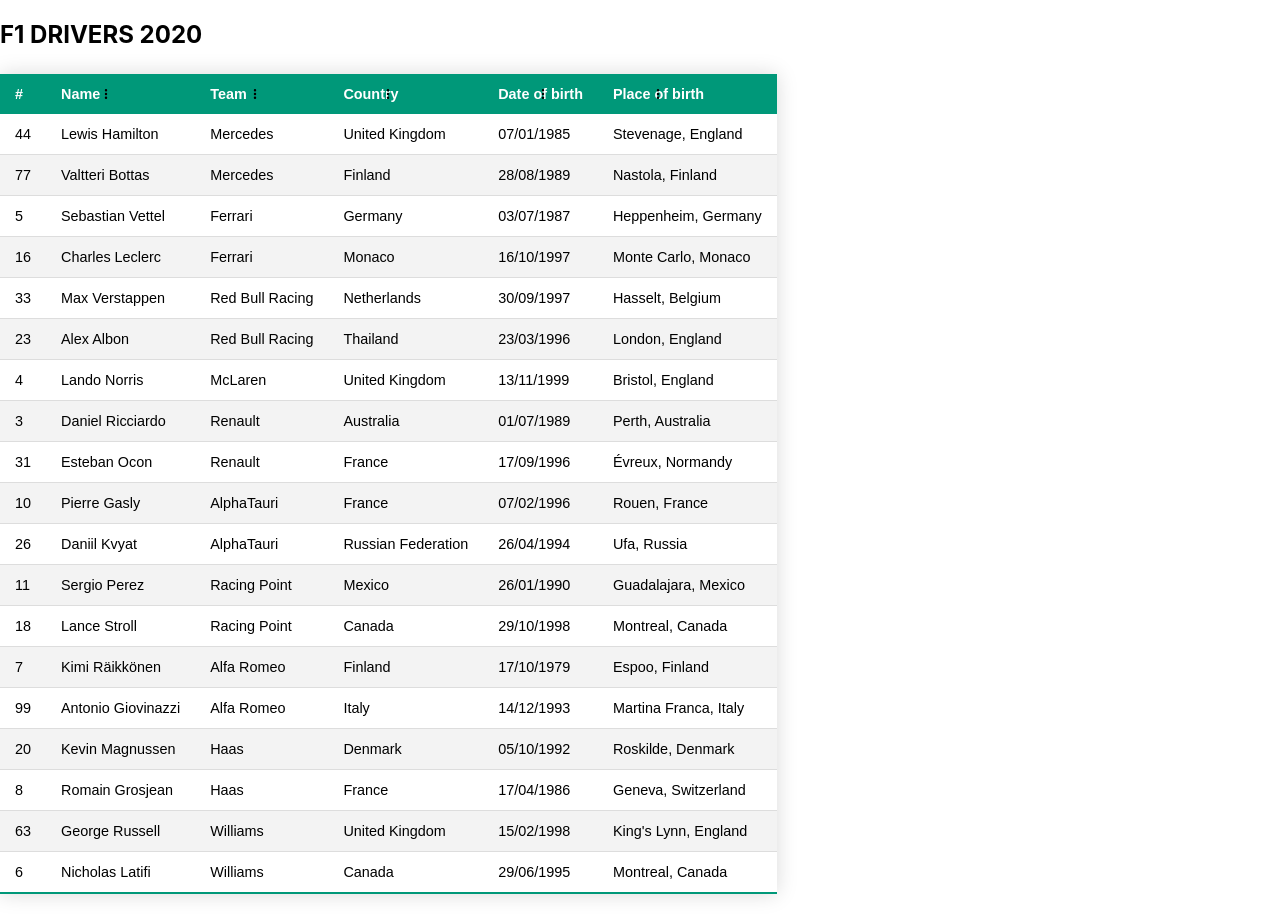
Repository: kartik077-cr7/Ckart
Page: /
The author's editor kept a copy of each file at every save. The page is drawn from the files as they stood at one save, then again after the next save.
The browser window is 1280 px wide. The pictures show the whole page.
The project was rebuilt for these pictures with package versions that can differ from the ones it lists, and the page was loaded fresh each time.

Above is the page before, as saved 2022-12-10 17:20:59.

### src/App.js
import Table from "./components/Table";
import './App.css';

const driversData = [
  {
    number: 44,
    name: 'Lewis Hamilton',
    team: 'Mercedes',
    country: 'United Kingdom',
    dob: '07/01/1985',
    placeOfBirth: 'Stevenage, England'
  },
  {
    number: 77,
    name: 'Valtteri Bottas',
    team: 'Mercedes',
    country: 'Finland',
    dob: '28/08/1989',
    placeOfBirth: 'Nastola, Finland'
  },
  {
    number: 5,
    name: 'Sebastian Vettel',
    team: 'Ferrari',
    country: 'Germany',
    dob: '03/07/1987',
    placeOfBirth: 'Heppenheim, Germany'
  },
  {
    number: 16,
    name: 'Charles Leclerc',
    team: 'Ferrari',
    country: 'Monaco',
    dob: '16/10/1997',
    placeOfBirth: 'Monte Carlo, Monaco'
  },
  {
    number: 33,
    name: 'Max Verstappen',
    team: 'Red Bull Racing',
    country: 'Netherlands',
    dob: '30/09/1997',
    placeOfBirth: 'Hasselt, Belgium'
  },
  {
    number: 23,
    name: 'Alex Albon',
    team: 'Red Bull Racing',
    country: 'Thailand',
    dob: '23/03/1996',
    placeOfBirth: 'London, England'
  },
  {
    number: 4,
    name: 'Lando Norris',
    team: 'McLaren',
    country: 'United Kingdom',
    dob: '13/11/1999',
    placeOfBirth: 'Bristol, England'
  },
  {
    number: 3,
    name: 'Daniel Ricciardo',
    team: 'Renault',
    country: 'Australia',
    dob: '01/07/1989',
    placeOfBirth: 'Perth, Australia'
  },
  {
    number: 31,
    name: 'Esteban Ocon',
    team: 'Renault',
    country: 'France',
    dob: '17/09/1996',
    placeOfBirth: 'Évreux, Normandy'
  },
  {
    number: 10,
    name: 'Pierre Gasly',
    team: 'AlphaTauri',
    country: 'France',
    dob: '07/02/1996',
    placeOfBirth: 'Rouen, France'
  },
  {
    number: 26,
    name: 'Daniil Kvyat',
    team: 'AlphaTauri',
    country: 'Russian Federation',
    dob: '26/04/1994',
    placeOfBirth: 'Ufa, Russia'
  },
  {
    number: 11,
    name: 'Sergio Perez',
    team: '	Racing Point',
    country: 'Mexico',
    dob: '26/01/1990',
    placeOfBirth: 'Guadalajara, Mexico'
  },
  {
    number: 18,
    name: 'Lance Stroll',
    team: '	Racing Point',
    country: 'Canada',
    dob: '29/10/1998',
    placeOfBirth: 'Montreal, Canada'
  },
  {
    number: 7,
    name: 'Kimi Räikkönen',
    team: 'Alfa Romeo',
    country: 'Finland',
    dob: '17/10/1979',
    placeOfBirth: 'Espoo, Finland'
  },
  {
    number: 99,
    name: 'Antonio Giovinazzi',
    team: 'Alfa Romeo',
    country: 'Italy',
    dob: '14/12/1993',
    placeOfBirth: 'Martina Franca, Italy'
  },
  {
    number: 20,
    name: 'Kevin Magnussen',
    team: 'Haas',
    country: 'Denmark',
    dob: '05/10/1992',
    placeOfBirth: 'Roskilde, Denmark'
  },
  {
    number: 8,
    name: 'Romain Grosjean',
    team: 'Haas',
    country: 'France',
    dob: '17/04/1986',
    placeOfBirth: 'Geneva, Switzerland'
  },
  {
    number: 63,
    name: 'George Russell',
    team: 'Williams',
    country: 'United Kingdom',
    dob: '15/02/1998',
    placeOfBirth: 'King\'s Lynn, England'
  },
  {
    number: 6,
    name: 'Nicholas Latifi',
    team: 'Williams',
    country: 'Canada',
    dob: '29/06/1995',
    placeOfBirth: 'Montreal, Canada'
  },
];


function App() {
  return (
    <div className="App">
			<Table
			   data = {driversData}
			   headingColumns={['#', 'Name', 'Team', 'Country', 'Date of birth', 'Place of birth']}
				 title = "F1 Drivers 2020"
			/>
    </div>
  );
}

export default App;

### src/components/Table.js
import React from "react";
import Column from "./Column";

const Table = ({ data,headingColumns,title,handleFilter,sortedCol }) => {

	const rowDatas = data.map((row,index) => {

		let rowData = [];
		let i = 0;

		for(const key in row){
			rowData.push({
				key: headingColumns[i],
				val: row[key]
			});
			i++;
		}

		const checkStatus = (data) => {
			if(data.key == 'status')
			{
				if(data.val == 'FALSE')
				  return 'red';
				else
				  return 'green';
			}
			else
			  return '';
		}

		return <tr key={index}>
		{rowData.map((data, index) => <td key={index} className={checkStatus(data)}  data-heading={data.key}>{data.val}</td>)}
	  </tr>
	})

	return (
		<div className="table-container">
			<div className="table-title">
				<h2>{title.toUpperCase()}</h2>
			</div>
			<table className="table-class">
				<thead>
					<tr>
						{headingColumns.map((col,index) => (
							<Column sortedCol={sortedCol} handleFilter={handleFilter} key={index} column_name={col} index={index}/>
						))}
					</tr>
				</thead>
				<tbody>
					{rowDatas}
				</tbody>
			</table>
		</div>
	)
}

export default Table;

### src/App.css
.table-class{
	border-collapse: collapse;
	margin: 25px 0;
	font-size: 0.9em;
	font-family: sans-serif;
	min-width: 400px;
	box-shadow: 0 0 20px rgba(0, 0, 0, 0.15);
}

.table-class thead tr {
	background-color: #009879;
	color: #ffffff;
	text-align: left;
}

.table-class th,
.table-class td {
    padding: 12px 15px;
}

.table-class tbody tr {
	border-bottom: 1px solid #dddddd;
}

.table-class tbody tr:nth-of-type(even) {
	background-color: #f3f3f3;
}

.table-class tbody tr:last-of-type {
	border-bottom: 2px solid #009879;
}

.table-class tbody tr.active-row {
	font-weight: bold;
	color: #009879;
}

### src/components/Column.js
import React from 'react';
import { Modal } from '@mui/material';
import Dots from "../svg/vertical_dot.svg";

const Column = ({column_name,index}) => {

	return (
		<th key = {index} style={{position:"relative"}}>
			{column_name}
			{ index != 0 && <img
				src = {Dots}
				style={{
					width: "10px",
					height: "10px",
					top: "15px",
					left: "55px",
					position: "absolute",
					cursor: "pointer",
				}}
			 />
			}
		</th>
	)
};

export default Column;

Loaded but not shown: public/index.html (common file); src/index.js (common file); src/index.css (common file); src/reportWebVitals.js (common file)

After the next save:
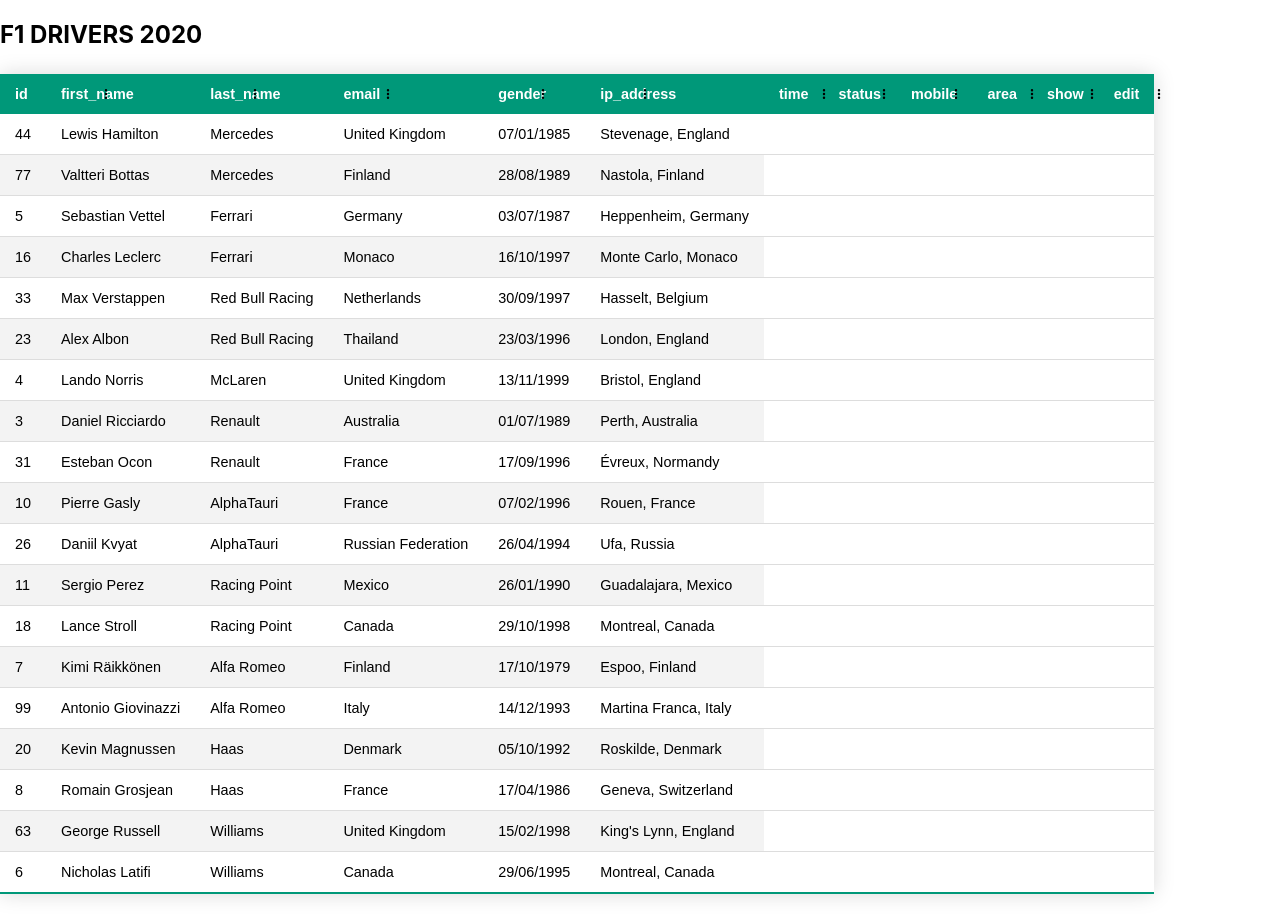
Saved 106 s later.
--- a/src/App.js
+++ b/src/App.js
@@ -162,7 +162,7 @@
     <div className="App">
 			<Table
 			   data = {driversData}
-			   headingColumns={['#', 'Name', 'Team', 'Country', 'Date of birth', 'Place of birth']}
+			   headingColumns={["id","first_name","last_name","email","gender","ip_address","time","status","mobile","area","show","edit"]}
 				 title = "F1 Drivers 2020"
 			/>
     </div>
